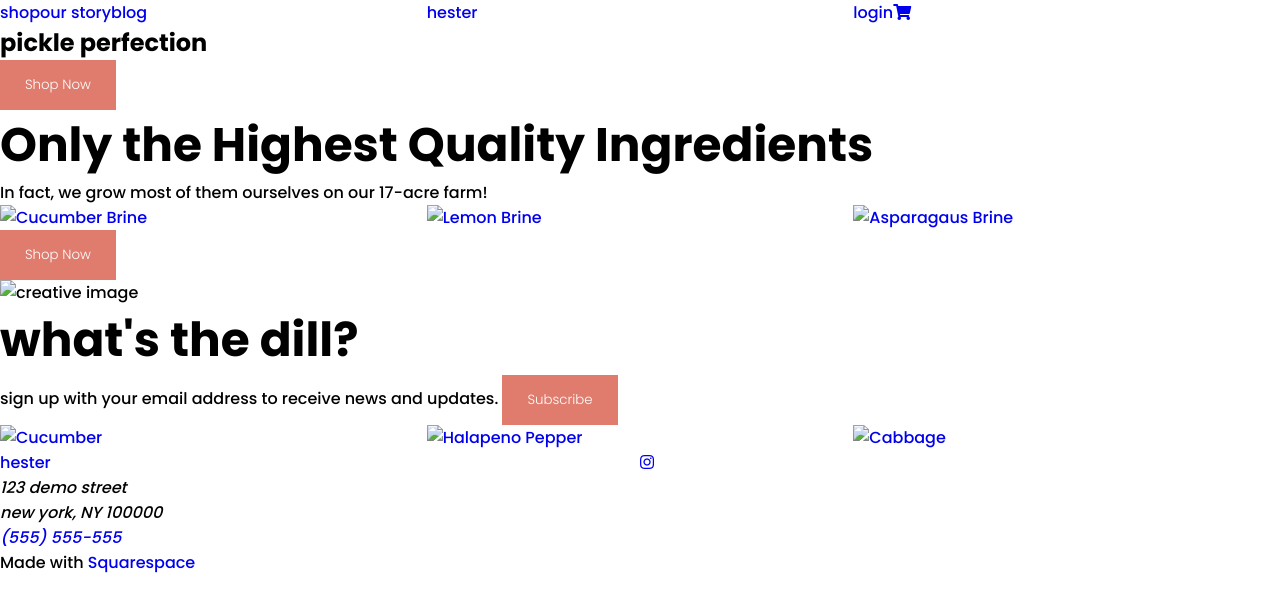
Repository: latenightsnacc/HTML-LESSONS
Page: WEB-DESIGN-2/PROJECTS/hester-p4/index.html
These files come from the project's save history. The page is drawn as it stood at one moment and after the next save; the edit follows.
The browser window is 1280 px wide. The pictures show the whole page.
Some web libraries are served in a nearby version.

Above is the page before, as saved 2021-07-19 12:10:26.

### WEB-DESIGN-2/PROJECTS/hester-p4/index.html
<!DOCTYPE html>
<html lang="en">
<head>
    <!--Meta Tags-->
    <meta charset="UTF-8">
    <meta http-equiv="X-UA-Compatible" content="IE=edge">
    <meta name="viewport" content="width=device-width, initial-scale=1.0">
    <!--ICONS: Font Awesome 5 CDN-->
    <link rel="stylesheet" href="https://cdnjs.cloudflare.com/ajax/libs/font-awesome/5.2.0/css/all.min.css">
    <!--POPPINS W:300/500/700 GOOGLE FONT-->
    <link rel="preconnect" href="https://fonts.googleapis.com">
    <link rel="preconnect" href="https://fonts.gstatic.com" crossorigin>
    <link href="https://fonts.googleapis.com/css2?family=Poppins:wght@300;500;700&display=swap" rel="stylesheet">
    <!--Custom Stylesheet-->
    <link rel="stylesheet" href="stylesheets/stylesheet.css">
    <!--Page Title-->
    <title>Welcome to Hester - Hester</title>
</head>
<body>
    <!--Banner Section-->
    <section id="banner">
        <header class="container">
            <!--Navigation Bar-->
            <nav class="nav">
                <!--Nav Menu-->
                <ul class="nav-menu">
                    <li>
                        <a href="#" class="nav-link">shop</a>
                    </li>
                    <li>
                        <a href="#" class="nav-link">our story</a>
                    </li>
                    <li>
                        <a href="#" class="nav-link">blog</a>
                    </li>
                </ul>
                <!--Logo-->
                <a href="index.html" class="logo">
                    <div>hester</div>
                </a>
                <!--Account Menu-->
                <ul class="acct-menu">
                    <li>
                        <a href="#">login</a>
                    </li>
                    <li>
                        <a href="#">
                            <i class="fas fa-shopping-cart"></i>
                        </a>
                    </li>
                </ul>
            </nav>
        </header>
        <div class="content">
            <!--Text-->
            <h1>pickle perfection</h1>
            <!--CTA btn-->
            <button class="btn bannerBtn">shop now</button>
        </div>
    </section>
    <!--Highest Quality Ingredients Section-->
    <section id="ingredients">
        <div class="container">
            <!--Section Title-->
            <div class="center">
                <h2 class="title">Only the Highest Quality Ingredients</h2>
                <span class="titleText">In fact, we grow most of them ourselves on our 17-acre farm!</span>
            </div>
            <!--Row of Images-->
            <div class="row">
                <!--Col-->
                <div class="col">
                    <a href="#">
                        <img src="#" alt="Cucumber Brine">
                    </a>
                </div>
                <!--Col-->
                <div class="col">
                    <a href="#">
                        <img src="#" alt="Lemon Brine">
                    </a>
                </div>
                <!--Col-->
                <div class="col">
                    <a href="#">
                        <img src="#" alt="Asparagaus Brine">
                    </a>
                </div>
            </div>
            <!--Cta btn-->
            <div class="center">
                <button class="btn">shop now</button>
            </div>
        </div>
    </section>
    <!--Creative Image Section-->
    <section id="creativeImg">
        <div class="container">
            <!--Img-->
            <img src="" alt="creative image" />
        </div>
    </section>
    <!--Whats the Dill Section-->
    <section id="whats-the-dill">
        <div class="container">
            <!--Centered Content-->
            <div class="center">
                <!--Section Title-->
                <h2 class="title">what's the dill?</h2>
                <span class="titleText">sign up with your email address to receive news and updates.</span>
                <!--Cta btn-->
                <button class="btn">subscribe</button>
            </div>
            <!--Row of Images-->
            <div class="row">
                <!--Col-->
                <div class="col">
                    <a href="#">
                        <img src="" alt="Cucumber">
                    </a>
                </div>
                <!--Col-->
                <div class="col">
                    <a href="#">
                        <img src="" alt="Halapeno Pepper">
                    </a>
                </div>
                <!--Col-->
                <div class="col">
                    <a href="#">
                        <img src="" alt="Cabbage">
                    </a>
                </div>
            </div>
        </div>
    </section>
    <!--Footer-->
    <footer id="footer">
        <div class="container">
            <!--Row-->
            <div class="row">
                <!--Col-->
                <div class="col">
                    <!--Logo-->
                    <a href="index.html" class="logo footerLogo">
                        <div>hester</div>
                    </a>
                    <!--Address-->
                    <address>123 demo street <br/>
                    new york, NY 100000 <br/>
                    <a href="tel:(555)555-555">(555) 555-555</a>
                    </address>
                    <!--License-->
                    <span>Made with <a href="#">Squarespace</a></span>
                </div>
                <!--Col-->
                <div class="col">
                    <!--Social Media Menu-->
                    <a href="#">
                        <i class="fab fa-instagram"></i>
                    </a>
                </div>
            </div>
        </div>
    </footer>
</body>
</html>

### WEB-DESIGN-2/PROJECTS/hester-p4/stylesheets/stylesheet.css
/* @import url('https://fonts.googleapis.com/css2?family=Poppins:wght@300;500;700&display=swap'); */

:root {
    --white: white;
    --primary:#df7c6d;
    --black: black;
    --w300: 300;
    --w500: 500;
    --w700:700;
    --tLg: 47px;
    --tLH: 60px;
    --mTx: 35px;


}

*{
    margin: 0;
    padding: 0;
    text-decoration: none;
    box-sizing: border-box;
    list-style: none;
    outline: none;
    font-family: 'Poppins', sans-serif;
}

body {
    background-color: var(--white);
}

.nav, .row, .nav-menu, .acct-menu {
    display: flex;
    width: 100%;
}
.nav-menu, .logo, .acct-menu,.col {
    flex: 1;
}

.btn {
   padding: 15px 25px;
   text-align: center;
   text-transform: capitalize;
   border-radius: 0px;
   border: none;
   background-color: var(--primary);
   color: var(--white);
   font-weight: var(--w300);
}

.title {
    font-size: var(--tLg);
    font-weight: ;
}

After the next save:
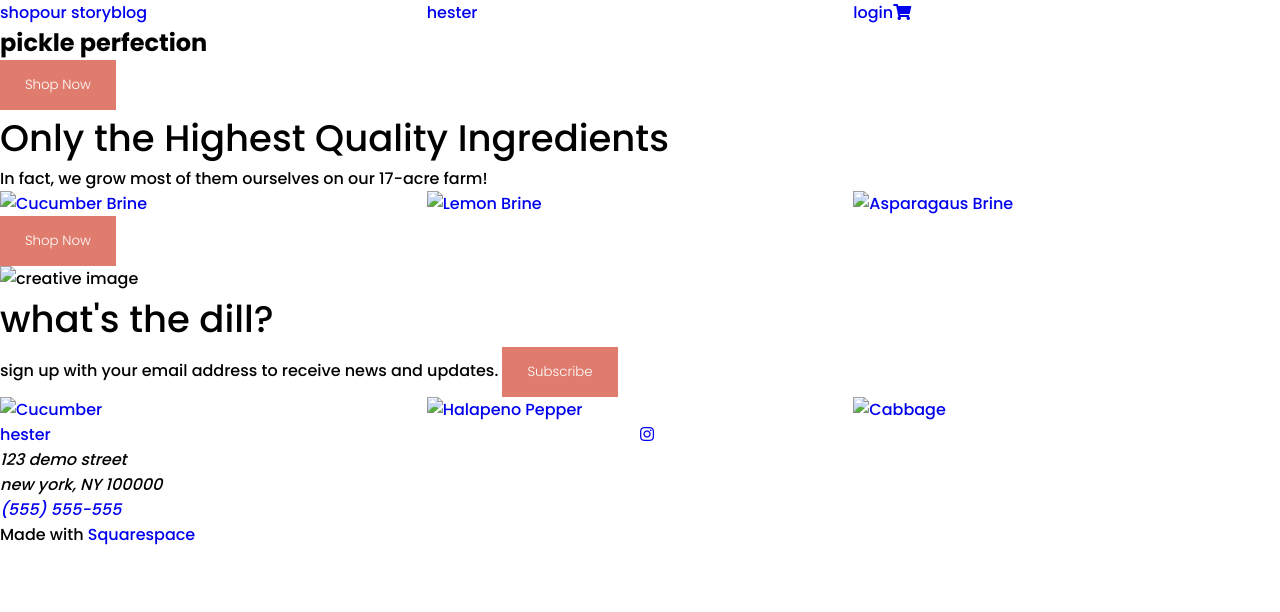
Saved 63 s later.
--- a/WEB-DESIGN-2/PROJECTS/hester-p4/stylesheets/stylesheet.css
+++ b/WEB-DESIGN-2/PROJECTS/hester-p4/stylesheets/stylesheet.css
@@ -9,7 +9,10 @@
     --w700:700;
     --tLg: 47px;
     --tLH: 60px;
-    --mTx: 35px;
+    --mTx: 37px;
+    --mLH: 49px;
+    --rTx: 16px;
+    --rLH: 32px;
 
 
 }
@@ -48,6 +51,6 @@
 }
 
 .title {
-    font-size: var(--tLg);
-    font-weight: ;
+    font-size: var(--mTx);
+    font-weight: var(--mLH);
 }
